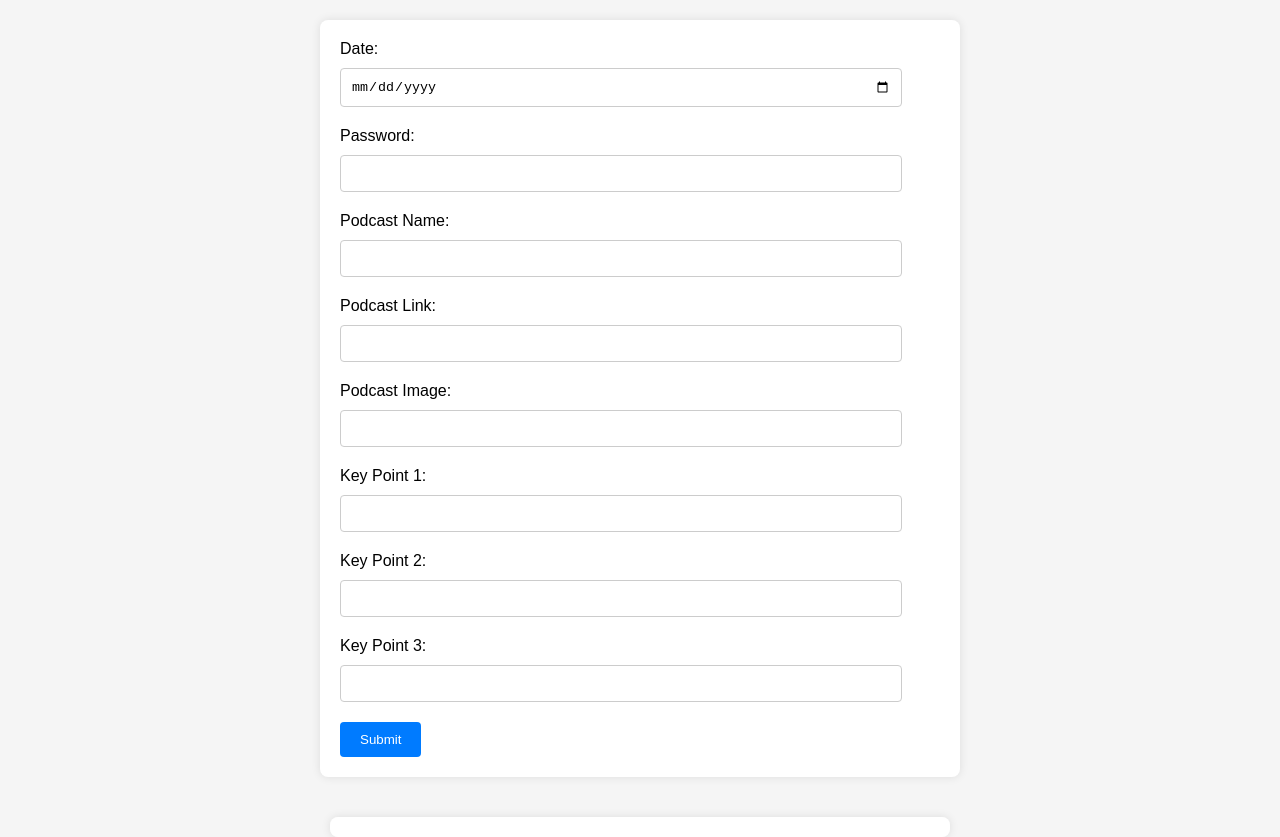
Repository: fechinmitchell/thedailyonepercent
Page: form.html
The author's editor kept a copy of each file at every save. The page is drawn from the files as they stood at one save, then again after the next save.
The browser window is 1280 px wide. The pictures show the whole page.

Above is the page before, as saved 2023-06-25 22:10:48.

### form.html
<!DOCTYPE html>
<html>
<head>
  <link rel="stylesheet" type="text/css" href="popup.css">
</head>
<body>
  <div id="podcast-form-wrapper">
    <form id="podcast-form">
      <label for="date">Date:</label>
      <input type="date" id="date" name="date" required>

      <label for="password">Password:</label>
      <input type="password" id="password" name="password" required>

      <label for="podcastName">Podcast Name:</label>
      <input type="text" id="podcastName" name="podcastName" required>

      <label for="podcastLink">Podcast Link:</label>
      <input type="text" id="podcastLink" name="podcastLink" required>

      <label for="podcastImage">Podcast Image:</label>
      <input type="text" id="podcastImage" name="podcastImage" required>

      <label for="point1">Key Point 1:</label>
      <input type="text" id="point1" name="point1" required>

      <label for="point2">Key Point 2:</label>
      <input type="text" id="point2" name="point2" required>

      <label for="point3">Key Point 3:</label>
      <input type="text" id="point3" name="point3" required>

      <button type="button" id="submit">Submit</button>
    </form>
  </div>
  <div id="podcast-list">
    <h2>Saved Podcasts</h2>
    <ul id="podcast-list-items">
      <!-- Podcast items will be appended here -->
    </ul>
  </div>
  <script src="form.js"></script>
</body>
</html>

### popup.css
body {
  background-color: #f5f5f5;
  font-family: Arial, sans-serif;
  display: flex;
  justify-content: flex-start; /* align items at the start */
  align-items: center;
  height: 100vh;
  margin: 0;
  flex-direction: column; /* arrange items vertically */
  padding: 20px; /* add some padding around the whole body */
  overflow: auto; /* allow scrolling on the whole body if needed */
}

#header {
  display: flex;
  justify-content: center;
  align-items: center;
  margin-bottom: 20px;
}

#header-image {
  margin-right: 10px;
}

#podcast-form-wrapper, #podcast-list {
  background-color: white;
  padding: 20px;
  border-radius: 8px;
  box-shadow: 0px 0px 10px rgba(0,0,0,0.1);
  width: 80%;
  max-width: 600px;
  margin-bottom: 20px; /* add some space between the form and the list */
}

#podcast-form label {
  display: block;
  margin-bottom: 10px;
}

#podcast-form input {
  width: 90%;
  padding: 10px;
  margin-bottom: 20px;
  border-radius: 4px;
  border: 1px solid #ccc;
}

#podcast-form button {
  background-color: #007BFF;
  color: white;
  border: none;
  border-radius: 4px;
  padding: 10px 20px;
  cursor: pointer;
}

#podcast-form button:hover {
  background-color: #0056b3;
}

#logo {
  width: 50px; /* Adjust this to change the size of the logo */
}

#podcast-list {
  margin-top: 20px;
  padding: 10px;
  height: 50vh; /* Adjust this to change the height of the podcast list */
  overflow-y: auto; /* Enable vertical scrolling for the podcast list */
}

#podcast-list-items li {
  margin-bottom: 10px;
}

.delete-btn {
  margin-left: 10px;
  color: red;
  cursor: pointer;
}

/* New additions */

#content-wrapper {
  width: 550px;
  display: flex;
  flex-direction: column;
  align-items: center;
  justify-content: space-between;
}

#podcast-card {
  width: 100%;
  height: 60px;
  display: flex;
  flex-direction: column;
  align-items: center;
  justify-content: space-between;
}

#logo {
  width: 100px;
  height: auto;
}

### form.js
function loadPodcasts() {
    var podcastList = document.getElementById('podcast-list-items');
    podcastList.innerHTML = '';  // clear the list

    // load all saved podcasts from local storage
    for (var i = 0; i < localStorage.length; i++) {
      var key = localStorage.key(i);
      var podcast = JSON.parse(localStorage.getItem(key));

      var li = document.createElement('li');
      li.innerText = key + ': ' + podcast.name + ' (' + podcast.link + ')';

      var deleteBtn = document.createElement('span');
      deleteBtn.className = 'delete-btn';
      deleteBtn.innerHTML = '&#10006;'; // X symbol
      deleteBtn.addEventListener('click', deletePodcast.bind(null, key));

      li.appendChild(deleteBtn);
      podcastList.appendChild(li);
    }
  }

  function deletePodcast(key) {
    localStorage.removeItem(key);
    loadPodcasts(); // Reload the podcast list to reflect the deletion
  }

  document.getElementById('submit').addEventListener('click', function() {
    var password = document.getElementById('password').value;

    if (password === 'your_password_here') {
      var date = document.getElementById('date').value;
      var newPodcastName = document.getElementById('podcastName').value;
      var newPodcastLink = document.getElementById('podcastLink').value;
      var newPodcastImage = document.getElementById('podcastImage').value;
      var keyPoints = document.getElementById('keyPoints').value;

      var podcast = {
        name: newPodcastName,
        link: newPodcastLink,
        image: newPodcastImage,
        keyPoints: keyPoints
      };

      // Use the date as the key instead of the current day of the month
      localStorage.setItem(date, JSON.stringify(podcast));
      alert("Podcast info saved for " + date + "!");

      // Reload the podcast list to include the new podcast
      loadPodcasts();
    } else {
      alert("Invalid password!");
    }
  });

  // Load the saved podcasts when the page is opened
  loadPodcasts();

After the next save:
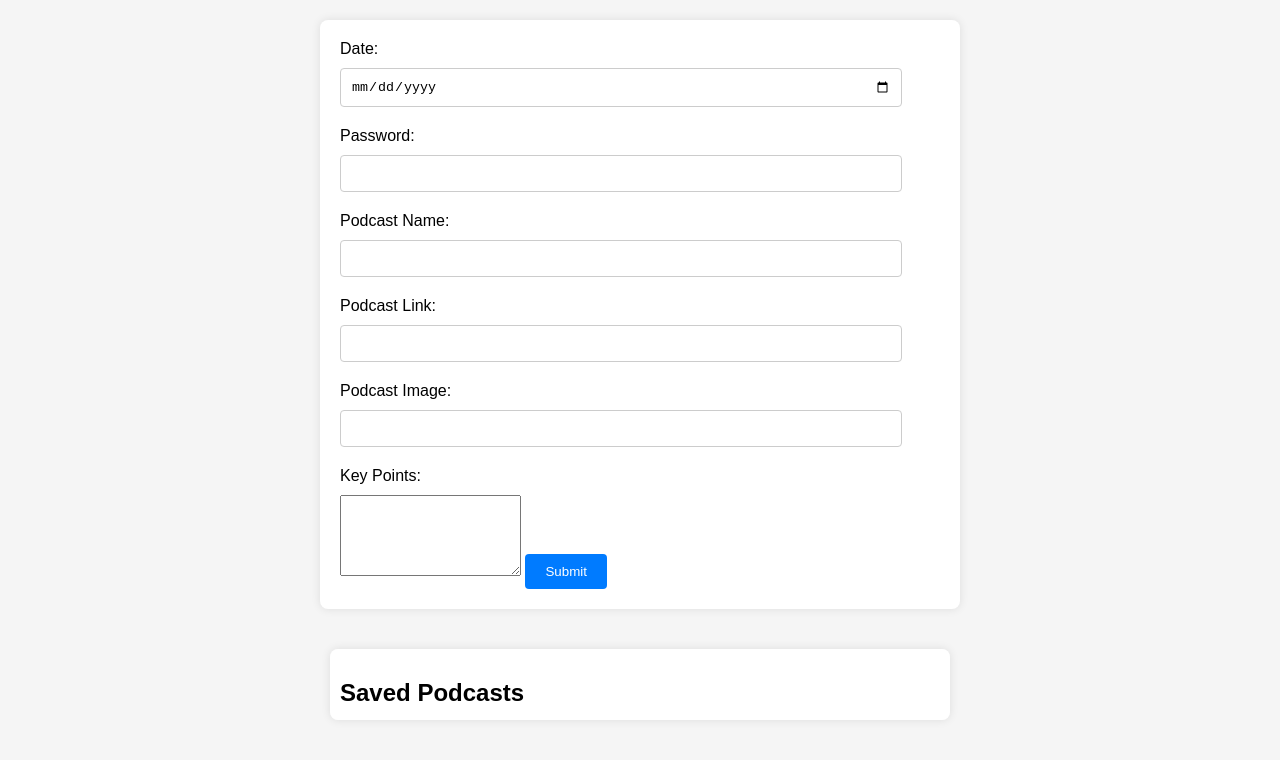
Saved 10 s later.
--- a/form.html
+++ b/form.html
@@ -21,14 +21,8 @@
       <label for="podcastImage">Podcast Image:</label>
       <input type="text" id="podcastImage" name="podcastImage" required>
 
-      <label for="point1">Key Point 1:</label>
-      <input type="text" id="point1" name="point1" required>
-
-      <label for="point2">Key Point 2:</label>
-      <input type="text" id="point2" name="point2" required>
-
-      <label for="point3">Key Point 3:</label>
-      <input type="text" id="point3" name="point3" required>
+      <label for="keyPoints">Key Points:</label>
+      <textarea id="keyPoints" name="keyPoints" rows="5" required></textarea>
 
       <button type="button" id="submit">Submit</button>
     </form>
